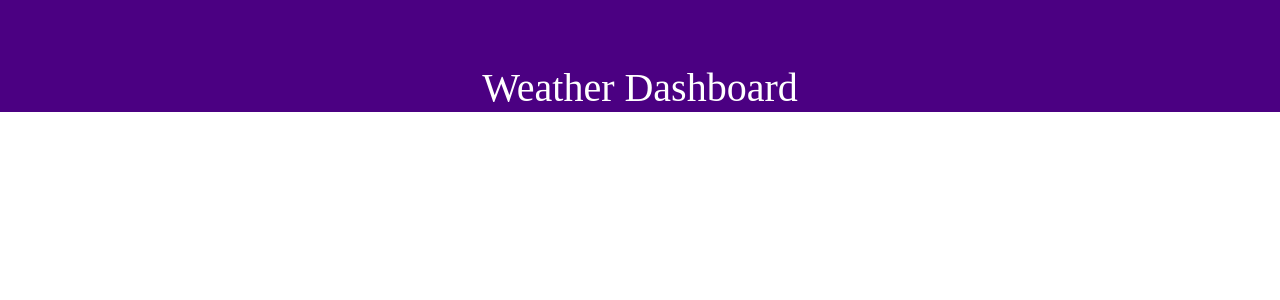
Repository: Llenrocc/Weather_API
Page: index.html
The author's editor kept a copy of each file at every save. The page is drawn from the files as they stood at one save, then again after the next save.
The browser window is 1280 px wide. The pictures show the whole page.
Some web fonts or font styles are not loaded; a fallback is used.

Above is the page before, as saved 2020-07-17 21:56:04.

After the next save:
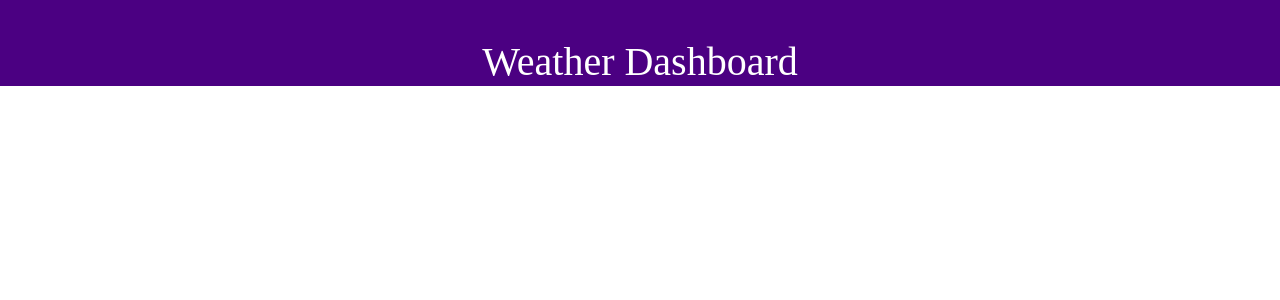
Saved 5 s later.
--- a/style.css
+++ b/style.css
@@ -1,5 +1,5 @@
 .header {
-    padding-top: 5%;
+    padding-top: 3%;
     text-align: center;
     background-color: #4B0082;
     color: white;
